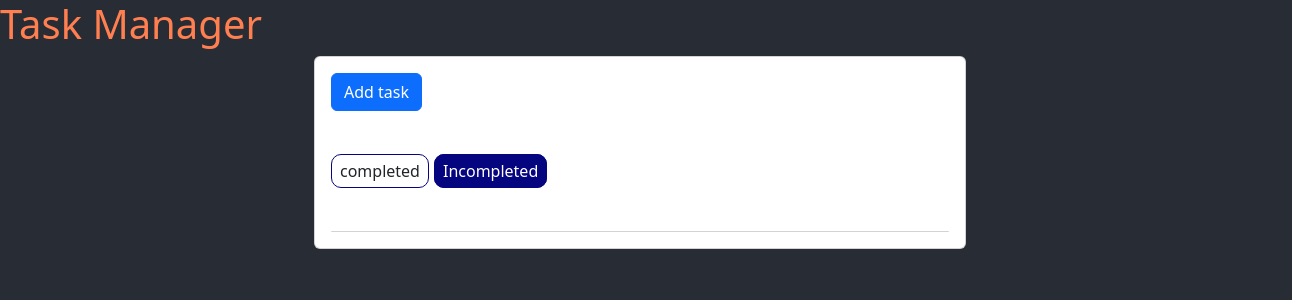
Repository: Jcparks84/task_manager
Page: / (app in frontend/)
These files come from the project's save history. The page is drawn as it stood at one moment and after the next save; the edit follows.
The browser window is 1280 px wide. The page is 1292 px wide, so the pictures cover 1292 px, including what lies to the right of the window. The pictures show the whole page.
The page's requests for data from a server got no answer. The project was rebuilt for these pictures with package versions that can differ from the ones it lists, and the page was loaded fresh each time. No one was signed in, and anything a server would have sent is missing. Also part of the build but not shown: frontend/src/components/Modal.js.

Above is the page before, as saved 2022-08-11 17:13:18.

After the next save:
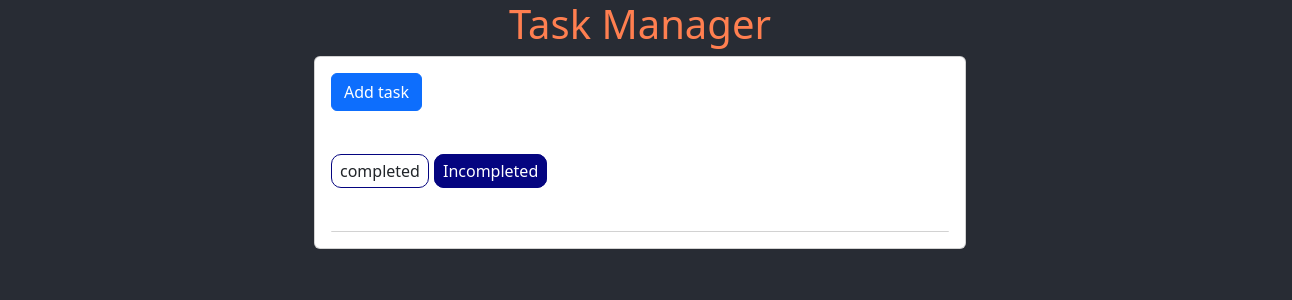
Saved 4 s later.
--- a/frontend/src/App.css
+++ b/frontend/src/App.css
@@ -38,7 +38,7 @@ html, body, #wrapper {
 }
 
 h1 {
-  text-align: ;
+  text-align: center;
   color: coral;
 }
 
